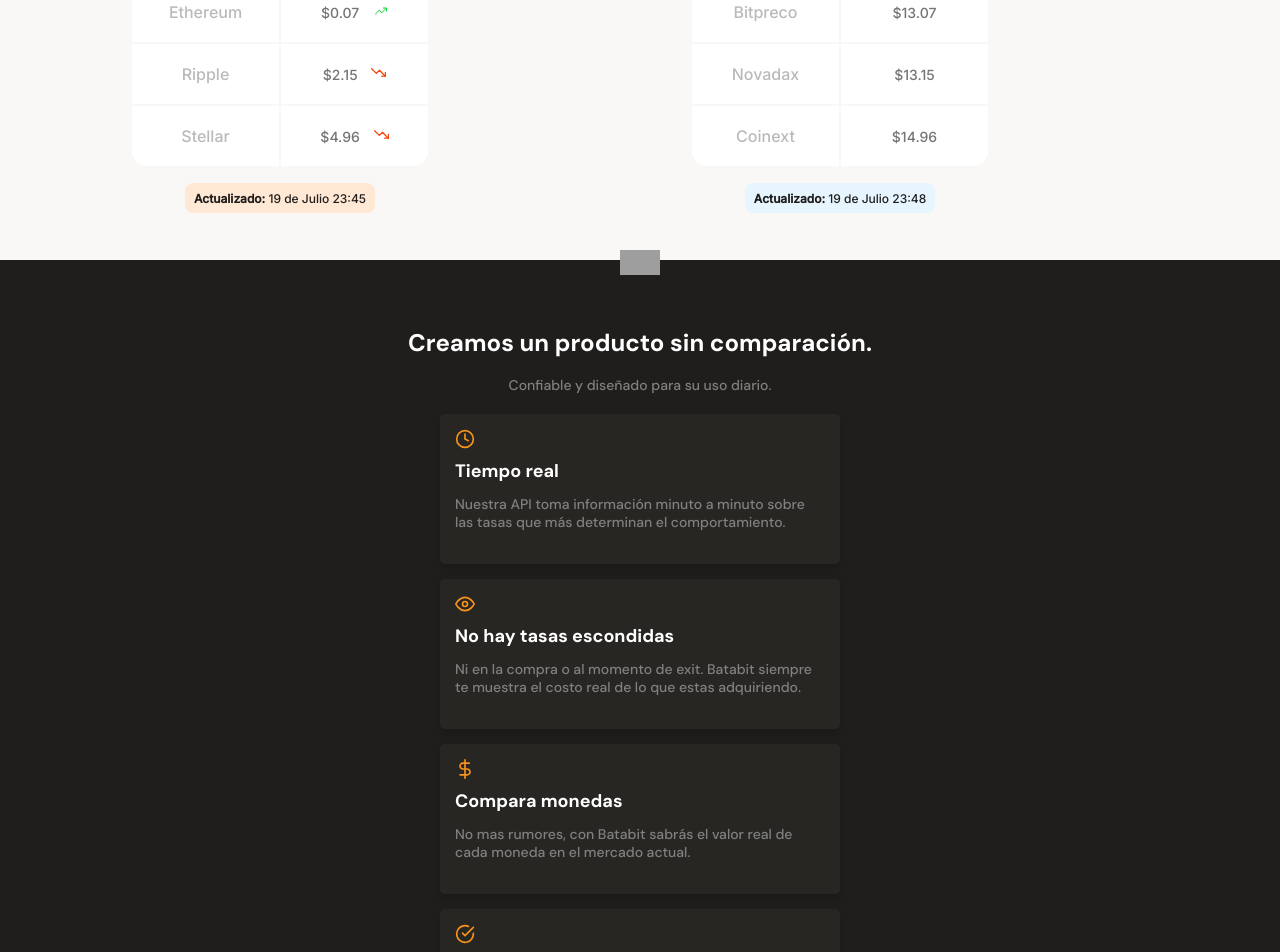
Repository: EnzoSz/Mobile-First
Page: index.html
An editor plug-in stored every save of this project. The page is shown before and after the next save, followed by the edit.
The browser window is 1280 px wide. The pictures show the part of the page from y = 886 to 1838 px (the page is 2972 px tall before and 2992 px after).
Pictures or frames that could not be fetched are drawn as grey boxes.

Above is the page before, as saved 2021-02-05 13:26:59.

### index.html
<!DOCTYPE html>
<html lang="en">
<head>
    <meta charset="UTF-8">
    <meta name="viewport" content="width=device-width, initial-scale=1.0">
    <title>Document</title>
    <link rel="preconnect" href="https://fonts.gstatic.com">
    <link href="https://fonts.googleapis.com/css2?family=DM+Sans:wght@400;500;700&family=Inter:wght@300;500&display=swap" rel="stylesheet">
    <link rel="stylesheet" href="./estilos.css">
</head>
<body>
    <header>
        <img src="./assets/img/logo.svg" alt="">
        <div class="header--title-container">
            <h1>La próxima revolución en el intercambio de criptomonedas.</h1>
            <p>Batabit te ayuda a navegar entre los diferentes precios y tendencias.</p>
            <a href="#plans" class="header--button">Conoce Nuestros Planes <span></span></a>
        </div>
    </header>
    <main>
        <section class="main-exchange-container">
            <div class="backgroundImg"></div>
            <div class="main.exchange-container--title">
                <h2>Visibilizamos todas las tasas de cambio.</h2>
                <p>
                    Traemos informacion en  tiempo real de las casas de cambio y las monedas más importante del mundo.

                </p>
            </div>
            <section class="main-tables-container">
                <div class="main-currency-table">
                    <p class="currency-table--title">Monedas</p>
                    <div class="currency-table--container">
                        <table>
                            <tr>
                                <td class="table__top-left">Bitcoin</td>
                                <td class="table__top-right table__right">$1.96 <span class="down"></span></td>
                            </tr>
                            <tr>
                                <td>Ethereum</td>
                                <td class="table__right">$0.07 <span class="up"></span></td>
                            </tr>
                            <tr>
                                <td>Ripple</td>
                                <td class="table__right">$2.15 <span class="down"></span></td>
                            </tr>
                            <tr>
                                <td class="table__bottom-left">Stellar</td>
                                <td class="table__bottom-right table__right">$4.96 <span class="down"></span></td>
                            </tr>
                        </table>
                    </div>
                    <div class="currency-table-date">
                        <p>
                            <b>Actualizado:</b> 19 de Julio 23:45
                        </p>
                    </div>
                </div>
                <div class="main-commissions-table">
                    <p class="commissions-table--title">Comisiones</p>
                    <div class="commissions-table--container">
                        <table>
                            <tr>
                                <td class="table__top-left">Bitrade</td>
                                <td class="table__top-right table__right">$12.96</td>
                            </tr>
                            <tr>
                                <td>Bitpreco</td>
                                <td class="table__right">$13.07</td>
                            </tr>
                            <tr>
                                <td>Novadax</td>
                                <td class="table__right">$13.15</td>
                            </tr>
                            <tr>
                                <td class="table__bottom-left">Coinext</td>
                                <td class="table__bottom-right table__right">$14.96</td>
                            </tr>
                        </table>
                    </div>
                    <div class="commissions-table-date">
                        <p>
                            <b>Actualizado:</b> 19 de Julio 23:48
                        </p>
                    </div>
                </div>
            </section>
        </section>
        <section class="main-product-detail">
            <span class="product-detail--batata-logo"></span>
            <div class="product-detail--title">
                <h2>
                    Creamos un producto sin comparación.
                </h2>
                <p>
                    Confiable y diseñado para su uso diario.
                </p>
            </div>
            <section class="product-cards--container">
                <article class="product-detail--card">
                    <span class="icon-card clock"></span>
                    <p class="product--card-title">Tiempo real</p>
                    <p class="product--card-body">
                        Nuestra API toma información minuto a minuto sobre las tasas que más determinan el comportamiento.
                    </p>
                </article>
                <article class="product-detail--card">
                    <span class="icon-card eye "></span>
                    <p class="product--card-title">No hay tasas escondidas</p>
                    <p class="product--card-body">
                        Ni en la compra o al momento de exit. Batabit siempre te muestra el costo real de lo que estas adquiriendo.
                    </p>
                </article>
                <article class="product-detail--card">
                    <span class="icon-card dollar "></span>
                    <p class="product--card-title">Compara monedas</p>
                    <p class="product--card-body">
                        No mas rumores, con Batabit sabrás el valor real de cada moneda en el mercado actual.
                    </p>
                </article>
                <article class="product-detail--card">
                    <span class="icon-card check "></span>
                    <p class="product--card-title">información confiable</p>
                    <p class="product--card-body">
                        Nuestras fuentes estan 100% verificadas y continuamos auditando su contenido mientras se actualizan.
                    </p>
                </article>
            </section>

        </section>
        <section class="bitcoin-img-container">
            <h2>Conócelo hoy.</h2>
        </section>
        <section id="plans" class="main-plans-container">
            <div class="plans--title">
                <h2>Escoge un plan que mejor se ajuste a ti.</h2>
                <p>Cualquier plan te da acceso completo a nuestra plataforma.</p>
            </div>
            <section class="plans-container--slider">
                <article class="plan-container--card">
                    <p class="recomendado">Recomendado</p>
                    <div class="plan-info-container">
                        <h3 class="plan-card--title">Pago Anual</h3>
                        <p class="plan-card--price"><span>$</span>99</p>
                        <p class="plan-card--saving">* Ahorras $129 comparado al plan mensual.</p>
                        <button class="plan-card--ca">Escoger este <span></span></button>
                    </div>
                </article>
                <article class="plan-container--card">
                    <p class="basico">Basico</p>
                    <div class="plan-info-container">
                        <h3 class="plan-card--title">Pago Mensual</h3>
                        <p class="plan-card--price"><span>$</span>150</p>
                        <p class="plan-card--saving">* Contas con todos los beneficios.</p>
                        <button class="plan-card--ca">Escoger este <span></span></button>
                    </div>
                </article>
                <article class="plan-container--card">
                    <p class="premium">Premiun</p>
                    <div class="plan-info-container">
                        <h3 class="plan-card--title">Pago Anual</h3>
                        <p class="plan-card--price"><span>$</span>200</p>
                        <p class="plan-card--saving">* Podrás invitar a un familiar o amigo.</p>
                        <button class="plan-card--ca">Escoger este <span></span></button>
                    </div>
                </article>
            </section>
        </section>
    </main>
    <footer></footer>
</body>
</html>

### estilos.css
/*
1. Posicionamiento
2. Modelo de caja (Box model)
3. Tipografía
4. Visuales
5. Otros
*/
:root {
    /*Colores */
    --bitcoin-orange: #F7931A;
    --soft-orange: #FFE9D5;
    --secondary-blue: #1A9AF7;
    --soft-blue: #E7F5FF;
    --warm-black: #201E1C;
    --warm-black1: #282623;
    --grey: #BABABA;
    --off-white: #FAF8F7;
    --just-white: #FFFFFF;
}
* {
    box-sizing: border-box;
    margin: 0;
    padding: 0;
}
html {
    font-size: 62.5%;
    font-family: 'DM Sans', sans-serif;
}
header {
    position: relative;
    display: flex;
    flex-direction: column;
    justify-content: center;
    width: 100%;
    min-width: 32rem;
    height: 33.4rem;
    text-align: center;
    background: linear-gradient(207.8deg, #201E1C 16.69%, #F7931A 100%);;
}
header img {
    width: 15rem;
    height: 2.4rem;
    margin-top: 6.0rem;
    align-self:center;
}
.header--title-container {
    width: 90%;
    min-width: 28.8rem;
    max-width: 90rem;
    height: 21.8rem;
    margin-top: 4rem;
    text-align: center;
    align-self:center;

}
.header--title-container h1 {
    font-size: 2.4rem;
    font-weight: bold;
    line-height: 2.6rem;
    color: var(--just-white);
}
.header--title-container p {
    margin-top: 25px;
    font-size: 1.4rem;
    font-weight: 500;
    line-height: 1.8rem;
    color: var(--soft-orange);
}
.header--title-container .header--button {
    position: absolute;
    left: calc(50% - 118px);
    top: 270px;
    display: block;
    margin-top: 35px;
    padding: 15px;
    width: 229px;
    height: 48px;
    background-color: var(--off-white);
    /*Sombra*/
    box-shadow: 0px 4px 8px rgba(89, 73, 30, 0.16);
    border: none;
    border-radius: 5px;
    font-size: 1.4rem;
    font-weight: bold;
    text-decoration: none;
    color: var(--warm-black1);
}
.header--button span {
    display: inline-block;
    width: 13px;
    height: 8px;
    margin-left: 10px;
    background-image: url('./assets/icons/arrow-down.svg');
}
main {
    width: 100%;
    height: auto;
    background-color: var(--off-white);
}
.main-exchange-container {
    width: 100%;
    height: auto;
    padding-top: 80px;
    padding-bottom: 30px;
    text-align: center;
}
.main-exchange-container--title {
    width: 90%;
    min-width: 288px;
    max-width: 900px;
    margin: 0 auto;
}
.main-exchange-container .backgroundImg {
    width: 200px;
    height: 200px;
    margin: 0 auto;
    margin-bottom: 50px;
    background-image:url('./assets/img/bitcoin.svg');
    background-size: cover;
    background-position: center;
    background-repeat: no-repeat;
}
.main-exchange-container h2 {
    margin-bottom: 30px;
    font-size: 2.4rem;
    font-weight: bold;
    line-height: 2.6rem;
    color: var(--warm-black1);
}
.main-exchange-container p {
    margin-bottom: 30px;
    font-size: 1.4rem;
    font-weight: 500;
    line-height: 1.6rem;
    color: #757575;
}
.main-tables-container {
    display: flex;
    height: 350px;
    overflow-x: scroll;
    overscroll-behavior: contain;
    scroll-snap-type: x proximity;
}
.main-currency-table, .main-commissions-table {
    width: 70%;
    scroll-snap-align: center;
    min-width: 235px;
    max-width: 500px;
    height: 360px;
    margin: 0 30px;
    font-family: "Inter", sans-serif;
}
.main-currency-table .currency-table--title {
    margin-bottom: 15px;
    font-size: 1.8rem;
    font-weight: bold;
    line-height: 2.3rem;
    color: var(--bitcoin-orange);
}
.currency-table--container, .commissions-table--container {
    width: 90%;
    min-width: 230px;
    max-width: 300px;
    height: 250px;
    margin: 0 auto;
}
.currency-table--container table, .commissions-table--container table {
    width: 100%;
    height: 100%;
}
.currency-table--container td, .commissions-table--container td {
    width: 50%;
    font-size: 1.6rem;
    font-weight: 500;
    line-height: 1.9rem;
    color: var(--grey);
    background-color: var(--just-white);
}
.currency-table--container .table__top-left, .commissions-table--container .table__top-left {
    border-radius: 15px 0 0 0;
}
.currency-table--container .table__top-right, .commissions-table--container .table__top-right {
    border-radius: 0 15px 0 0;
}
.currency-table--container .table__bottom-left, .commissions-table--container .table__bottom-left {
    border-radius: 0 0 0 15px;
}
.currency-table--container .table__bottom-right, .commissions-table--container .table__bottom-right {
    border-radius: 0 0 15px 0;
}
.currency-table--container .table__right, .commissions-table--container .table__right {
    font-size: 1.4rem;
    font-weight: normal;
    line-height: 1.7rem;
    color: #757575;
}
.currency-table--container .down {
    display: inline-block;
    width: 15px;
    height: 15px;
    margin-left: 10px;
    background-image: url('./assets/icons/trending-down.svg');
    background-size: cover;
    background-position: center;
    background-repeat: no-repeat;
}
.currency-table--container .up {
    display: inline-block;
    width: 15px;
    height: 15px;
    margin-left: 10px;
    background-image:url('./assets/icons/trending-up.svg');
    background-position: center;
    background-repeat:no-repeat;
}
.currency-table-date {
    width: 190px;
    height: 30px;
    margin: 0 auto;
    margin-top: 15px;
    padding: 8px;
    background-color: var(--soft-orange);
    border-radius: 8px;
}
.currency-table-date p {
    font-size: 1.2rem;
    line-height: 1.5rem;
    color: var(--warm-black);
}
.main-commissions-table .commissions-table--title {
    margin-bottom: 15px;
    font-size: 1.8rem;
    font-weight: bold;
    line-height: 2.3rem;
    color: var(--secondary-blue);
}
.commissions-table-date {
    width: 190px;
    height: 30px;
    margin: 0 auto;
    margin-top: 15px;
    padding: 8px;
    background-color: var(--soft-blue);
    border-radius: 8px;
}
.commissions-table-date p {
    font-size: 1.2rem;
    line-height: 1.5rem;
    color: var(--warm-black);
}
.main-product-detail {
    position: relative;
    width: 100%;
    min-width: 320px;
    height: auto;
    padding: 20px 10px;
    background-color: var(--warm-black);
}
.product-detail--batata-logo {
    position: absolute;
    width: 40px;
    height: 25px;
    top: -10px;
    left: calc(50% - 20px);
    background-image: url('./assets/icons/batata.svg');
}
.product-detail--title {
    width: 90%;
    min-width: 288px;
    height: auto;
    margin: 0 auto;
    margin-top: 50px;
    text-align: center;
}
.product-detail--title h2 {
    margin-bottom: 20px;
    font-size: 2.4rem;
    font-weight: bold;
    line-height: 2.6rem;
    color: var(--just-white);
}
.product-detail--title p {
    margin-bottom: 20px;
    font-size: 1.4rem;
    font-weight: 500;
    line-height: 1.8rem;
    color: #808080;
}
.product-detail--card {
    width: 90%;
    min-width: 288px;
    max-width: 400px;
    min-height: 150px;
    margin: 15px auto;
    padding: 15px;
    background-color:var(--warm-black1);
    border-radius: 5px;
    box-shadow: 0 4px 8px rgba(0, 0, 0, 0.16);
}
.product-detail--card .icon-card {
    display: inline-block;
    width: 20px;
    height: 20px;
    margin-bottom: 10px;
    background-size: cover;
    background-position: center;
    background-repeat: no-repeat;
}
.clock {
    background-image: url('./assets/icons/clock.svg');
}
.product--card-title {
    margin-bottom: 15px;
    font-size: 1.8rem;
    font-weight: bold;
    line-height: 1.8rem;
    color: var(--just-white);
}
.product--card-body {
    font-size: 1.4rem;
    font-weight: 500;
    line-height: 1.8rem;
    color: #808080;
}
.eye {
    background-image: url('./assets/icons/eye.svg');
}
.dollar {
    background-image: url('./assets/icons/dollar-sign.svg');
}
.check {
    background-image: url('./assets/icons/check-circle.svg');
}
.bitcoin-img-container {
    width: 100%;
    min-width: 320px;
    height: 60vh;
    background-image: url('./assets/img/bitcoinbaby1.jpg');
    background-position: center;
    background-size: cover;
    background-repeat: no-repeat;
    text-align: center;
}
.bitcoin-img-container h2 {
    padding-top: 30px;
    font-size: 2.4rem;
    font-weight: bold;
    line-height: 2.6rem;
    color: var(--just-white);
}
.main-plans-container {
    width: 100%;
    min-width: 320px;
    padding-bottom: 70px;
    text-align: center;

}
.plans--title {
    width: 90%;
    min-width: 288px;
    height: auto;
    margin: 0 auto;
    margin-bottom: 50px;
}
.plans--title h2 {
    padding-top: 50px;
    font-size: 2.4rem;
    font-weight: bold;
    line-height: 2.6rem;
    color: var(--warm-black);
}
.plans--title p {
    padding-top: 30px;
    font-size: 1.4rem;
    font-weight: 500;
    line-height: 1.8rem;
    color: #757575;
}
.plan-container--card {
    position: relative;
    scroll-snap-align: center;
    width: 70%;
    min-width: 230px;
    max-width: 300px;
    height: 250px;
    margin: 50px 10px 0;
    padding: 0 15px;
    background-color: var(--just-white);
    border-radius: 15px;
    box-shadow: 0 4px 8px rgba(89, 73,30, 0.16);
}
.recomendado, .basico, .premium {
    position: absolute;
    width: 120px;
    height: 31px;
    top: -15px;
    left: calc(50% - 60px);
    font-size: 1.2rem;
    background-color: var(--bitcoin-orange);
    border-radius: 8px;
    color: var(--just-white);
    padding: 6px;
}
.plan-card--title {
    padding-top: 30px;
    font-size: 1.4rem;
    font-weight: 500;
    line-height: 1.8rem;
    color: black;

}
.plan-card--price {
    padding: 5px 0;
    font-size: 5.2rem;
    font-weight: bold;
    line-height: 5.3rem;
    color: black;
}
.plan-card--price span {
    font-size: 1.2rem;
    font-weight: 300;
    vertical-align: text-top;
}
.plan-card--saving {
    font-size: 1.2rem;
    color: #757575;
}
.plan-card--ca {
    width: 150px;
    height: 48px;
    margin-top: 20px;
    background-color: #FAF8F7;
    border: 2px solid var(--bitcoin-orange);
    border-radius: 4px;
    font-size: 1.4rem;
    font-family: 'DM Sans', sans-serif;
    font-weight: bold;
    line-height: 1.8rem;
    color: var(--warm-black);

}
.plan-card--ca span {
    display: inline-block;
    width: 20px;
    height: 20px;
    background-image: url('./assets/icons/arrow-right.svg');
    vertical-align: text-bottom;
}
.plans-container--slider {
    display: flex;
    height: 316px;
    overflow-x: scroll;
    overscroll-behavior: contain;
    scroll-snap-type: x proximity;
}

After the next save:
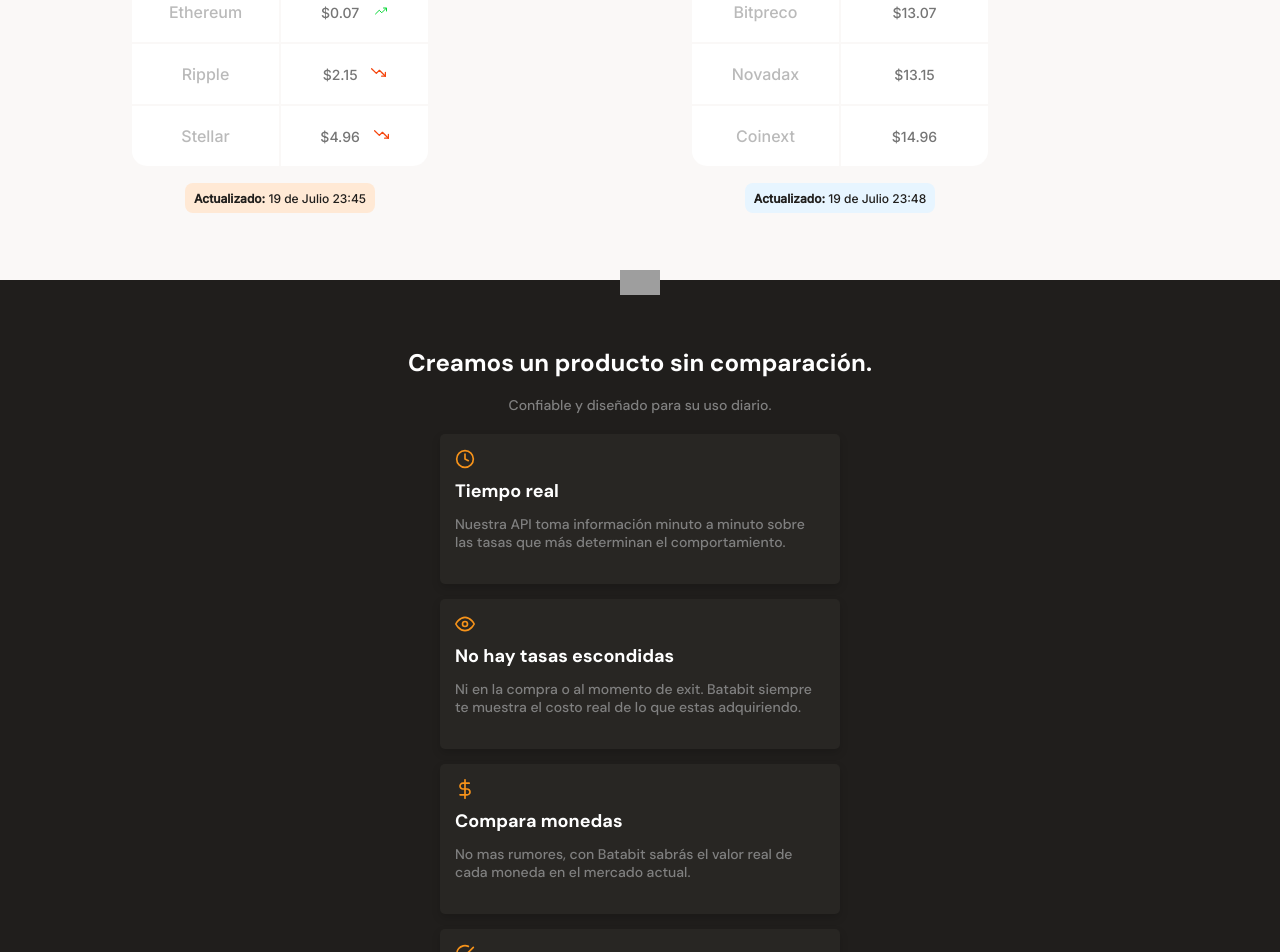
Saved 12 s later.
--- a/estilos.css
+++ b/estilos.css
@@ -136,7 +136,7 @@
 }
 .main-tables-container {
     display: flex;
-    height: 350px;
+    height: 370px;
     overflow-x: scroll;
     overscroll-behavior: contain;
     scroll-snap-type: x proximity;
